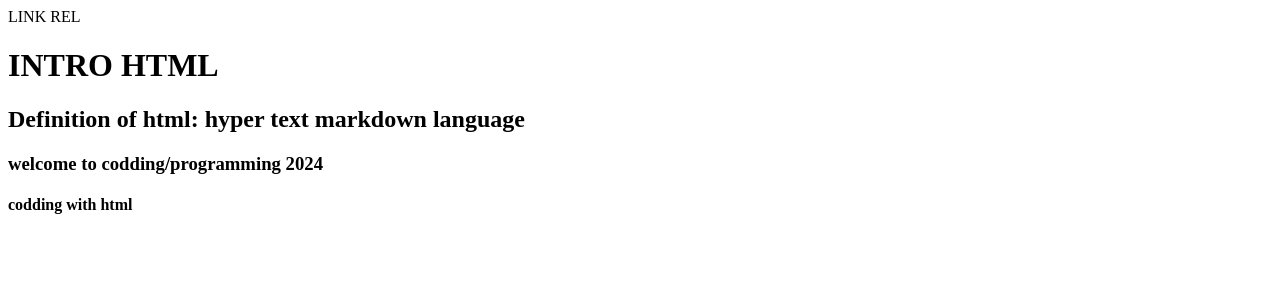
Repository: mirambialex/MYFIRSTREPOR
Page: INTRODUCTION.HTML
An editor plug-in stored every save of this project. The page is shown before and after the next save, followed by the edit.
The browser window is 1280 px wide. The pictures show the whole page.

Above is the page before, as saved 2024-04-01 09:30:33.

After the next save:
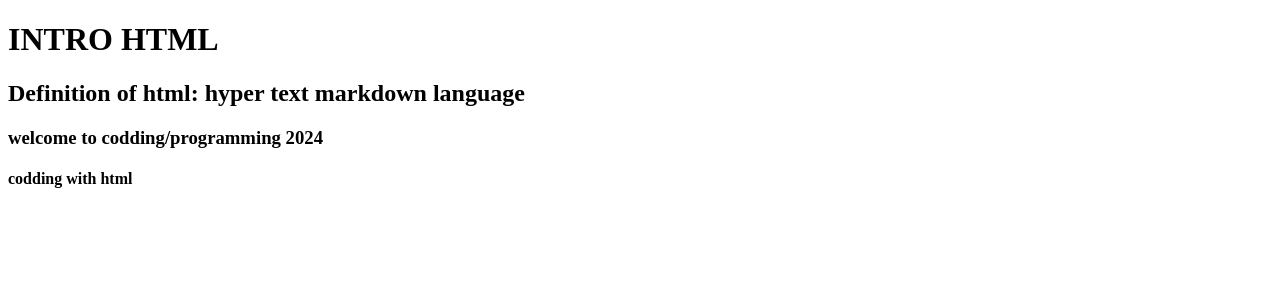
Saved 22 s later.
--- a/INTRODUCTION.HTML
+++ b/INTRODUCTION.HTML
@@ -4,7 +4,7 @@
     <meta charset="UTF-8">
     <meta name="viewport" content="width=device-width, initial-scale=1.0">
     <title>Document</title>
-    LINK REL
+    <LINK REL
 </head>
 <body>
     <DIV>
